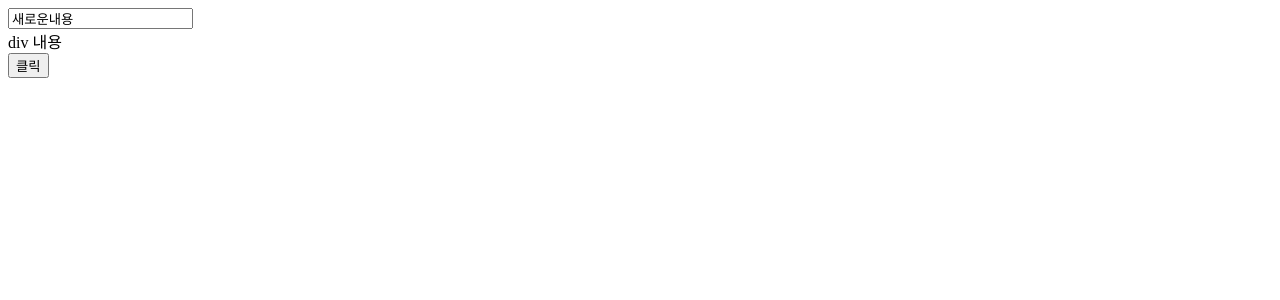
Repository: nobley3/EclipseIDE
Page: ajaxprj0906/src/main/webapp/jquery1.html
An editor plug-in stored every save of this project. The page is shown before and after the next save, followed by the edit.
The browser window is 1280 px wide. The pictures show the whole page.
After loading, the first visible `button` was clicked once.

Above is the page before, as saved 2023-09-06 01:27:27.

### ajaxprj0906/src/main/webapp/jquery1.html
<!DOCTYPE html>
<html>
<head>
<meta charset="UTF-8">
<title>Insert title here</title>
<script src="https://ajax.googleapis.com/ajax/libs/jquery/3.7.0/jquery.min.js"></script>
</head>
<script>
	function check(){


	//document.getElementById("userid")
	//document.getElementById("userid").value = "새로운 내용" //자바스크립트로
	//document.querySelector("#userid")
	//documen.querySelector("#wrap").innerHTML
	//documen.querySelector("#wrap").innerHTML="새로운내용"
	let useridT = $("#userid") //jquery형태로 표현
	alert(useridT);

	let contents = $("#userid").val(); //내용을 가져오는것
	alert(contents);
	$("#userid").val("새로운내용"); // 새로운값으로 변경
	let contents2 = $("#wrap").html();
	alert(contents2);
	}

</script>
<body>

<input type="text" id="userid" value="test">
<div id="wrap">div 내용</div>
<button onclick="check()">클릭</button>
</body>
</html>

After the next save:
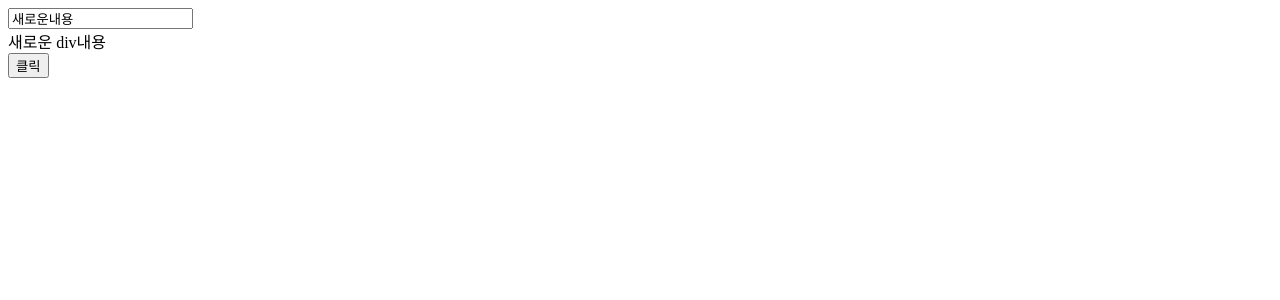
Saved 35 s later.
--- a/ajaxprj0906/src/main/webapp/jquery1.html
+++ b/ajaxprj0906/src/main/webapp/jquery1.html
@@ -1,34 +1,39 @@
 <!DOCTYPE html>
 <html>
+
 <head>
-<meta charset="UTF-8">
-<title>Insert title here</title>
-<script src="https://ajax.googleapis.com/ajax/libs/jquery/3.7.0/jquery.min.js"></script>
+	<meta charset="UTF-8">
+	<title>Insert title here</title>
+	<script src="https://ajax.googleapis.com/ajax/libs/jquery/3.7.0/jquery.min.js"></script>
 </head>
 <script>
-	function check(){
+	function check() {
 
 
-	//document.getElementById("userid")
-	//document.getElementById("userid").value = "새로운 내용" //자바스크립트로
-	//document.querySelector("#userid")
-	//documen.querySelector("#wrap").innerHTML
-	//documen.querySelector("#wrap").innerHTML="새로운내용"
-	let useridT = $("#userid") //jquery형태로 표현
-	alert(useridT);
+		//document.getElementById("userid")
+		//document.getElementById("userid").value = "새로운 내용" //자바스크립트로
+		//document.querySelector("#userid")
+		//documen.querySelector("#wrap").innerHTML
+		//documen.querySelector("#wrap").innerHTML="새로운내용"
 
-	let contents = $("#userid").val(); //내용을 가져오는것
-	alert(contents);
-	$("#userid").val("새로운내용"); // 새로운값으로 변경
-	let contents2 = $("#wrap").html();
-	alert(contents2);
+		let useridT = $("#userid") //jquery형태로 표현
+		alert(useridT);
+
+		let contents = $("#userid").val(); //내용을 가져오는것
+		alert(contents);
+		$("#userid").val("새로운내용"); // 새로운값으로 변경
+		let contents2 = $("#wrap").html();
+		alert(contents2);
+		$("#wrap").html("새로운 div내용");
 	}
 
 </script>
+
 <body>
 
-<input type="text" id="userid" value="test">
-<div id="wrap">div 내용</div>
-<button onclick="check()">클릭</button>
+	<input type="text" id="userid" value="test">
+	<div id="wrap">div 내용</div>
+	<button onclick="check()">클릭</button>
 </body>
+
 </html>
